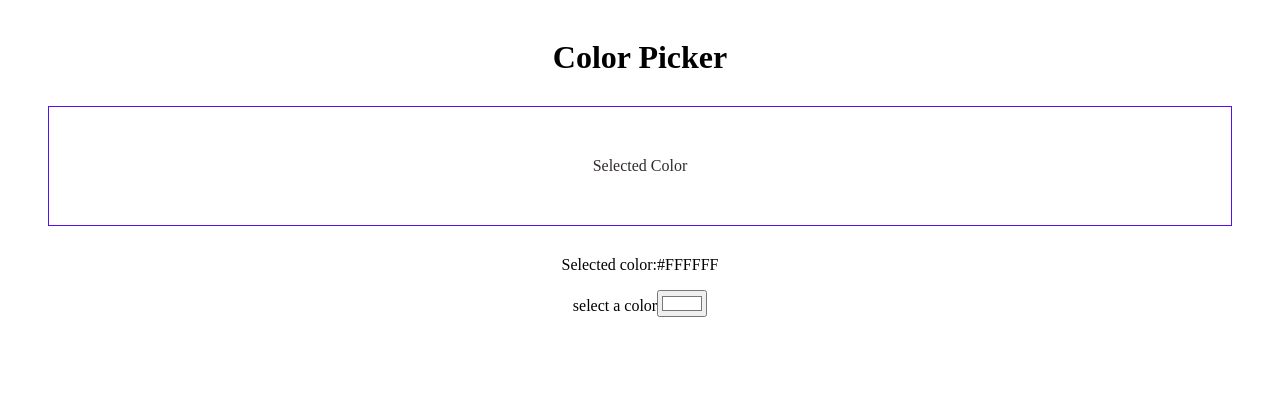
Repository: wakoya-tech/my-react-practice
Page: /
These files come from the project's save history. The page is drawn as it stood at one moment and after the next save; the edit follows.
The browser window is 1280 px wide. The pictures show the whole page.
The project was rebuilt for these pictures with package versions that can differ from the ones it lists, and the page was loaded fresh each time. Also part of the build but not shown: vite.config.js.

Above is the page before, as saved 2025-10-03 11:41:06.

After the next save:
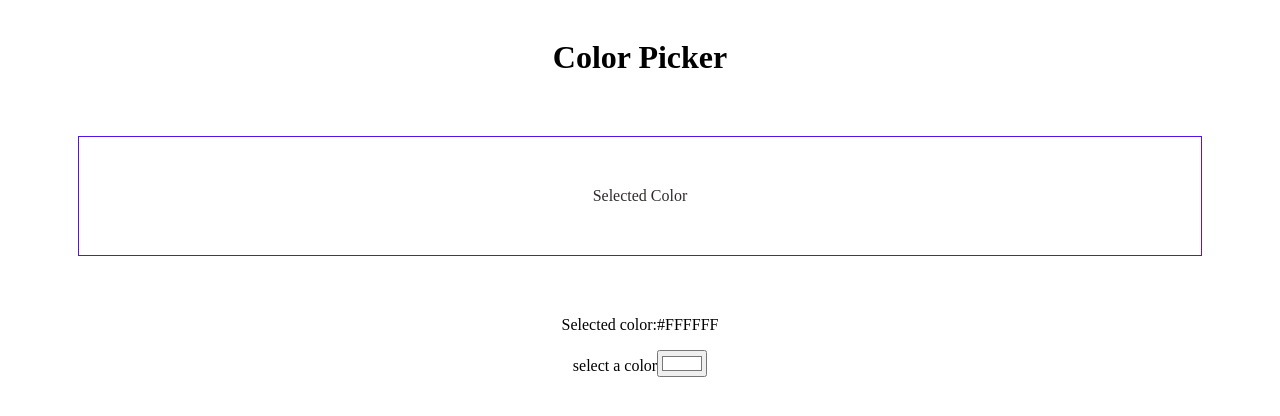
Saved 12 s later.
--- a/src/index.css
+++ b/src/index.css
@@ -6,7 +6,7 @@
   border: 1px solid rgb(84, 19, 236);
   color: rgb(48, 43, 43);
   background-color: rgb(82, 82, 197);
-  margin: 30px;
+  margin: 60px ;
   padding:50px 70px;
 
 }
